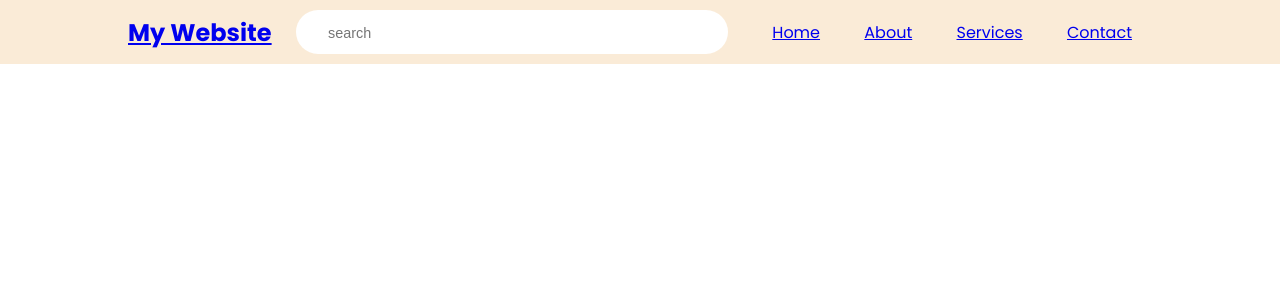
Repository: vncntxl/assesment3
Page: index.html
These files come from the project's save history. The page is drawn as it stood at one moment and after a run of saves; the edit follows.
The browser window is 1280 px wide. The pictures show the whole page.
Some icons come from a web library that is not loaded, so they are not drawn.

Above is the page before, as saved 2024-08-21 17:17:57.

After the next 2 saves:
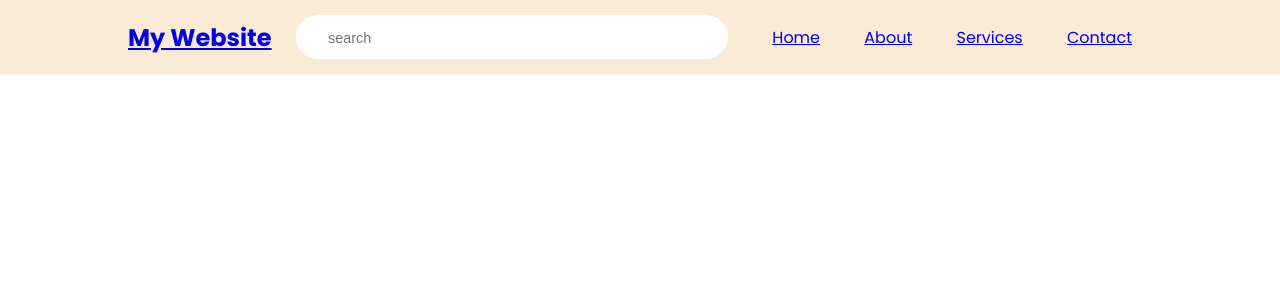
The 2 saves are shown as one change because they came seconds apart.
The last was saved 10 s later.
--- a/styles.css
+++ b/styles.css
@@ -37,7 +37,7 @@ nav .container{
     background-color: #fff;
     border-radius: 2rem;
     padding: 0.6rem 1rem;
-    margin: 10px;
+    margin: 15px;
 }
 
 .search-bar input[type="search"]{
